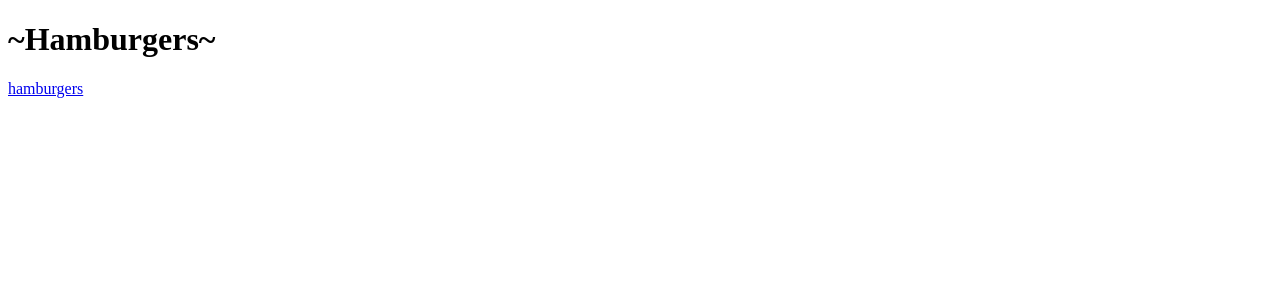
Repository: Spencertainty/practice-time
Page: recipes/hamburgers.html
These files come from the project's save history. The page is drawn as it stood at one moment and after the next save; the edit follows.
The browser window is 1280 px wide. The pictures show the whole page.

Above is the page before, as saved 2023-10-26 17:09:14.

After the next save:
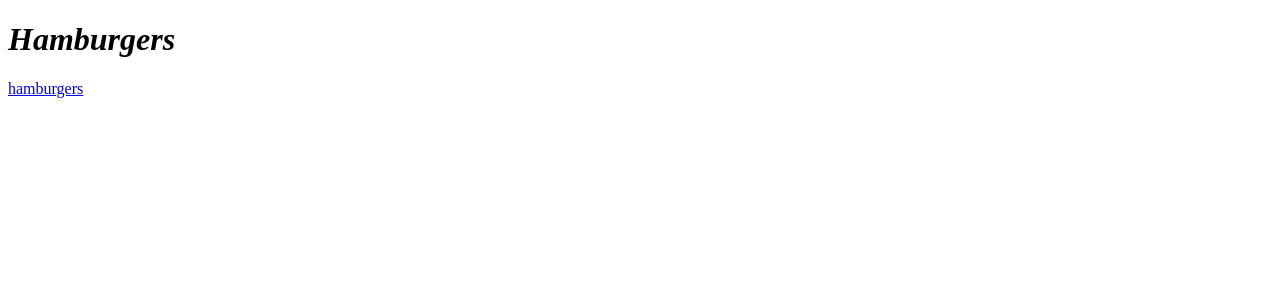
Saved 80 s later.
--- a/recipes/hamburgers.html
+++ b/recipes/hamburgers.html
@@ -17,7 +17,7 @@
         <!--[if lt IE 7]>
             <p class="browsehappy">You are using an <strong>outdated</strong> browser. Please <a href="#">upgrade your browser</a> to improve your experience.</p>
         <![endif]-->
-        <h1>~Hamburgers~</h1>
+        <h1><em>Hamburgers</em></h1>
         <a href="recipes/hamburgers.html">hamburgers</a>
         <script src="" async defer></script>
     </body>
